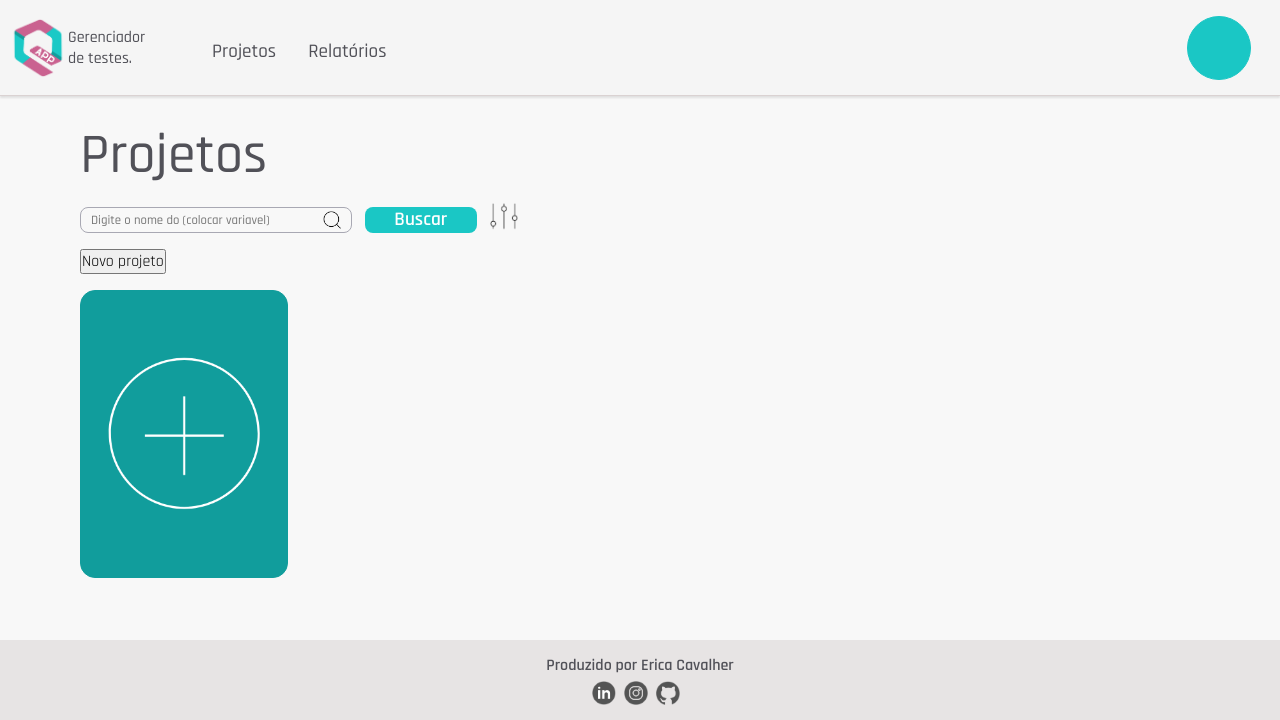
Repository: kika-cavalher/qapp-web
Page: /
The author's editor kept a copy of each file at every save. The page is drawn from the files as they stood at one save, then again after the next save.
The browser window is 1280 px wide. The pictures show the whole page.
The page's requests for data from a server got no answer. The project was rebuilt for these pictures with package versions that can differ from the ones it lists, and the page was loaded fresh each time. No one was signed in, and anything a server would have sent is missing. Also part of the build but not shown: src/styles/components/modals.scss, src/components/modals.tsx, src/hooks/useAuth.ts, src/styles/pages/signIn.scss, src/pages/auth/SignIn.tsx, src/styles/pages/signUp.scss, src/pages/auth/SignUp.tsx.

Above is the page before, as saved 2022-03-23 18:35:48.

After the next save:
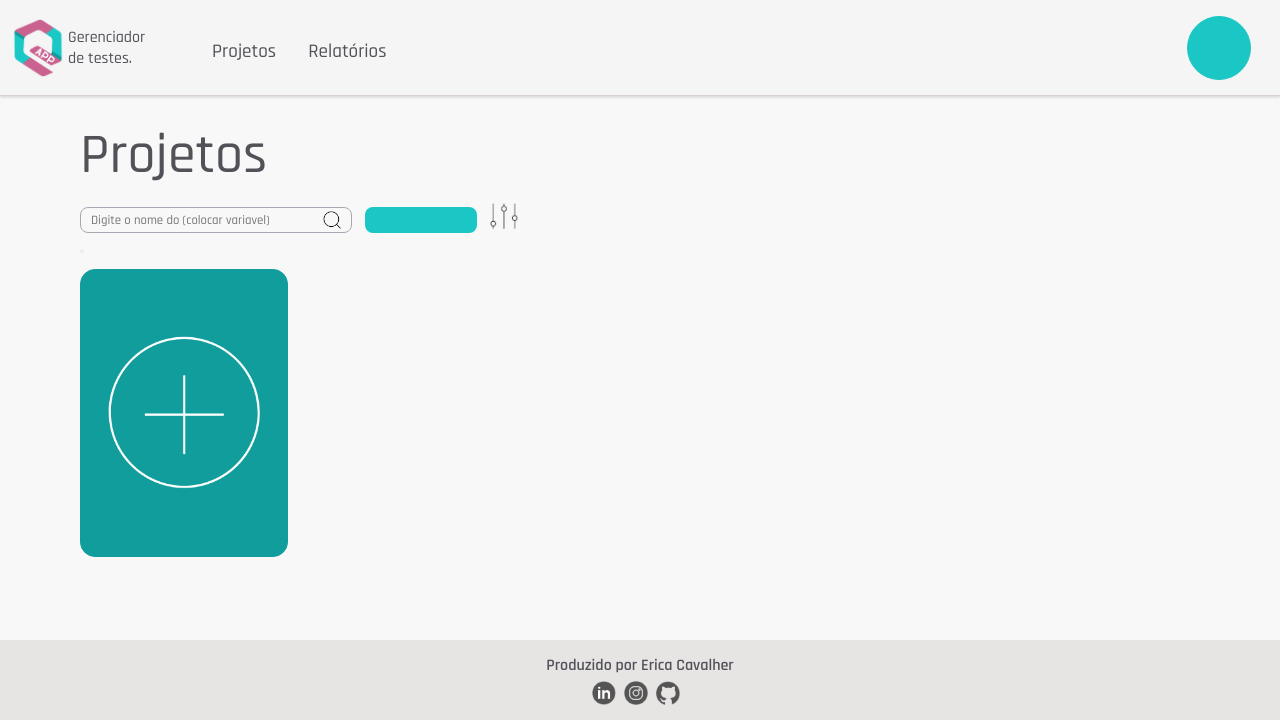
Saved 3 min 20 s later.
--- a/src/components/Button.tsx
+++ b/src/components/Button.tsx
@@ -4,7 +4,7 @@ import '../styles/components/button.scss'
 
 
 type Button = {
-    ButtonProps: ButtonHTMLAttributes<HTMLButtonElement>
+    // name: string
     type?: "button" | "submit" | "reset" | undefined,
     className?: string
     onClick?: () => void
@@ -17,7 +17,7 @@ export function Button (props:Button) {
         onClick={onClick}
         className={`${className}`}
         type={type}
-         {...props} />
+        ></button>
     )
 }
 
